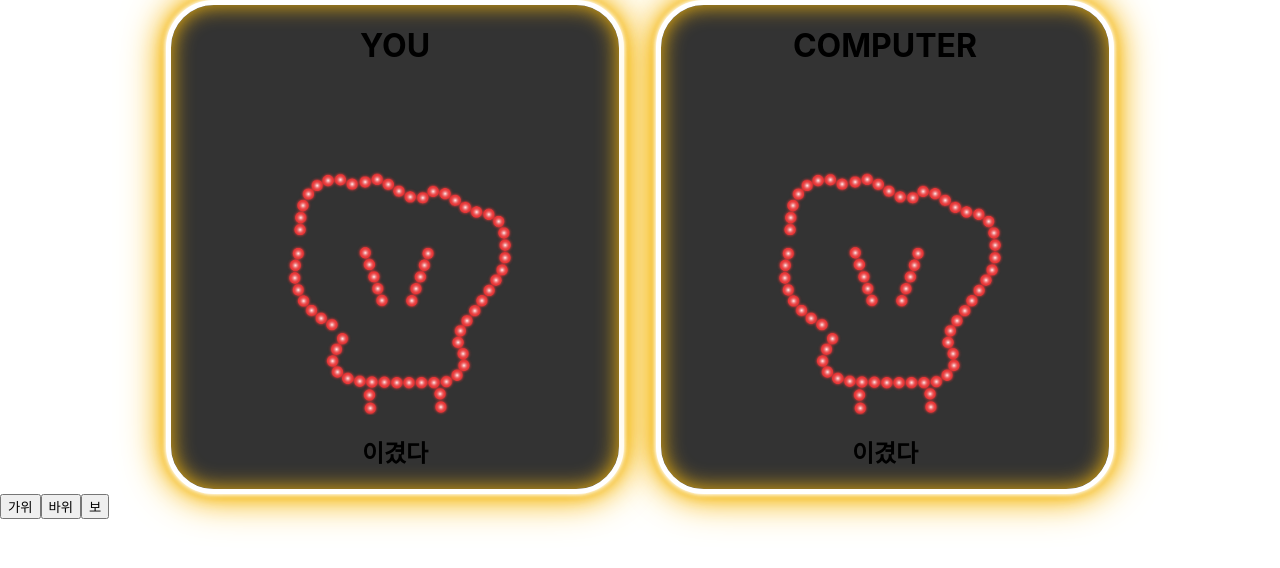
Repository: KIMMIHYE12/classComponent
Page: /
These files come from the project's save history. The page is drawn as it stood at one moment and after the next save; the edit follows.
The browser window is 1280 px wide. The pictures show the whole page.
The project was rebuilt for these pictures with package versions that can differ from the ones it lists, and the page was loaded fresh each time.

Above is the page before, as saved 2024-03-18 20:58:23.

### src/App.js
import "./App.css";
import { Box } from "./component/Box";

function App() {
  return (
    <>
      <div className='game_screen'>
        <Box title='YOU' />
        <Box title='COMPUTER' />
      </div>
      <div>
        <button>가위</button>
        <button>바위</button>
        <button>보</button>
      </div>
    </>
  );
}

export default App;

### src/App.css
.game_screen {
  width: 100%;
  display: flex;
  justify-content: center;
}
.box {
  width: 35%;
  display: flex;
  align-items: center;
  flex-direction: column;
  margin: 0 1em;
  border: 5px solid #fff;
  background: #333;
  border-radius: 3rem;
  box-shadow: 0 0 5px #fff, 0 0 5px #fff, 0 0 28px #f5b70c, 0 0 0.8rem #f5b70c,
    0 0 2.8rem #f5b70c, inset 0 0 1.3rem #f5b70c;
}
img {
  width: 70%;
}

### src/component/Box.js
import React from "react";

export const Box = (props) => {
  console.log(props);
  return (
    <div className='box'>
      <h1>{props.title}</h1>
      <img src='/images/rock.png' />
      <h2>이겼다</h2>
    </div>
  );
};

Loaded but not shown: public/index.html (common file); src/index.js (common file); src/index.css (common file); src/reportWebVitals.js (common file)

After the next save:
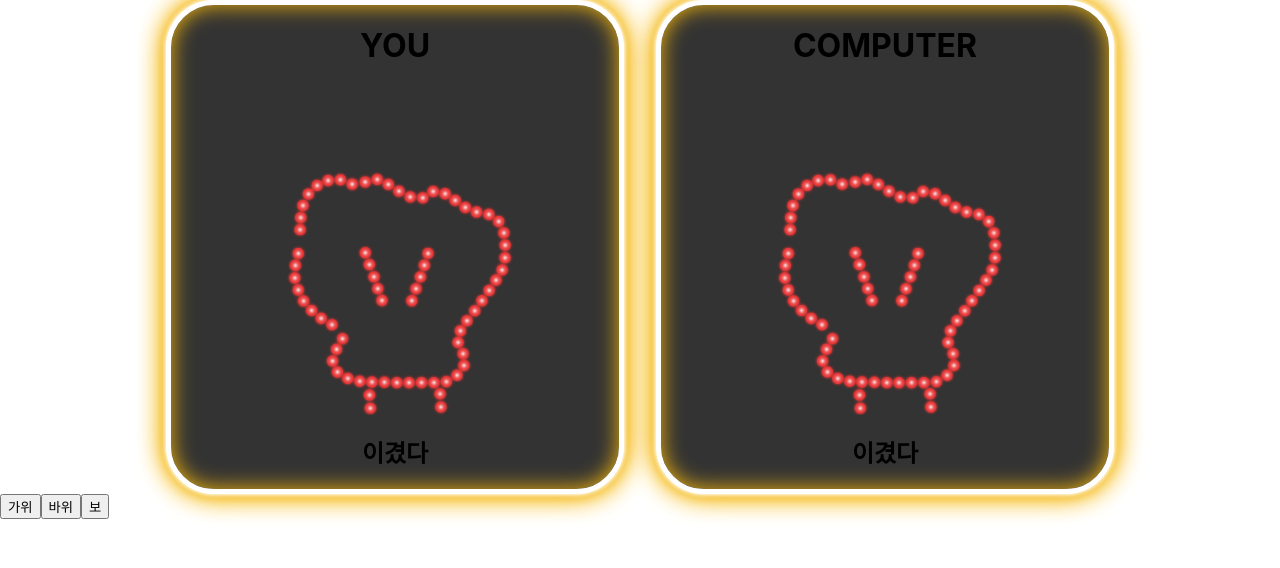
Saved 10 s later.
--- a/src/App.css
+++ b/src/App.css
@@ -13,7 +13,7 @@
   background: #333;
   border-radius: 3rem;
   box-shadow: 0 0 5px #fff, 0 0 5px #fff, 0 0 28px #f5b70c, 0 0 0.8rem #f5b70c,
-    0 0 2.8rem #f5b70c, inset 0 0 1.3rem #f5b70c;
+    0 0 28px #f5b70c, inset 0 0 1.3rem #f5b70c;
 }
 img {
   width: 70%;
